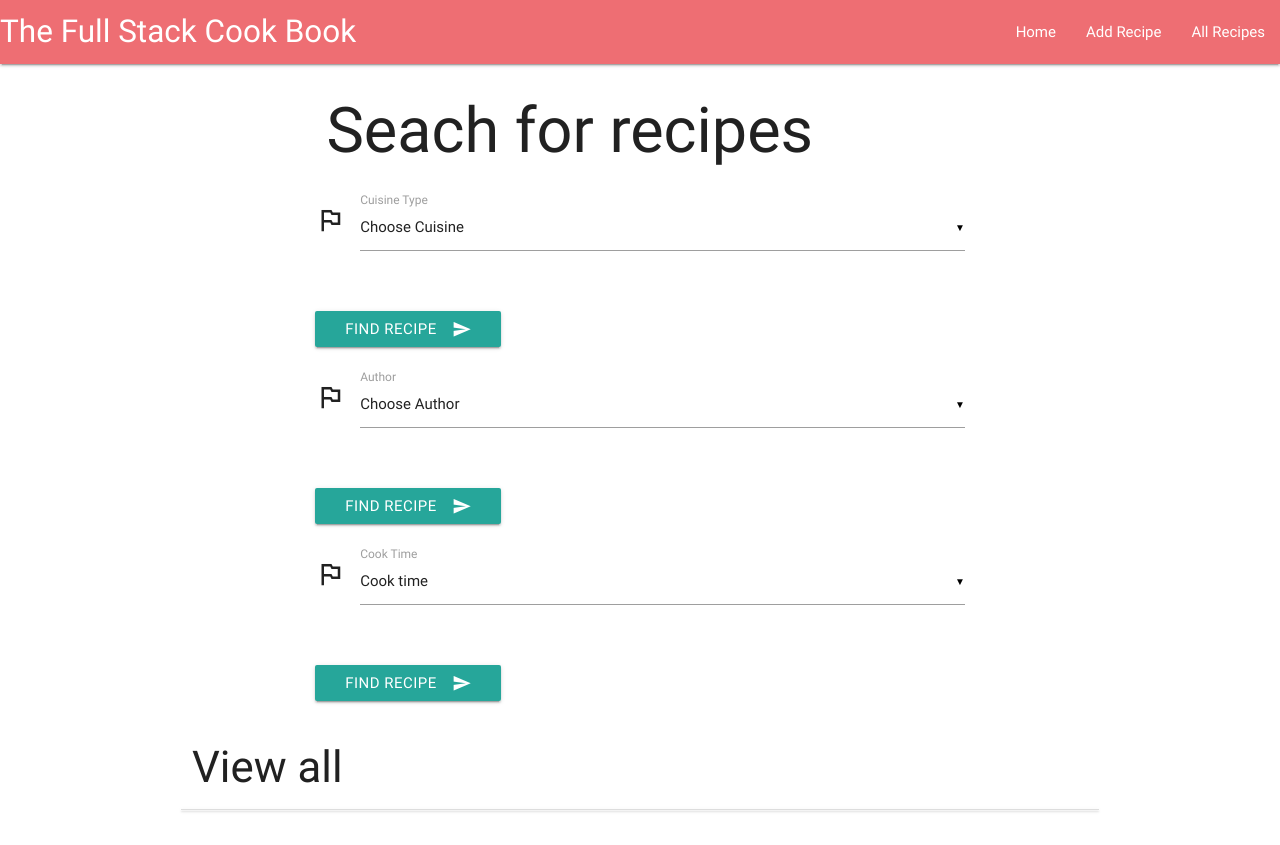
Repository: nakitamccool/francisillingworth-milestone-project-3
Page: http://localhost/
The author's editor kept a record of every edit. The page is drawn from the files as they stood at one moment, then again after the next edit.
The browser window is 1280 px wide. The pictures show the whole page.
The page is served by the project's application, run on Flask 3 (app.py). Queries for data that is not in the repository find no rows.

Above is the page before.

### templates/recipes.html
 {% extends 'base.html' %} {% block content %}

<div class="container">
  <h1>Seach for recipes</h1>

  <div class="row">
    <form action="" method="GET" class="col s12">
      <div class="row">


        <div class="row">
          <div class="input-field col s12">
                  <i class="material-icons prefix">outlined_flag</i>
                    <select id="cuisine" name="cuisine_type">
                  <option value="" disabled selected>Choose Cuisine</option>
                  {% for cat in cuisine %}
                      <option value="{{cat.cuisine_type}}">{{cat.cuisine_type}}</option>
                  {% endfor %}
                </select>
                    <label>Cuisine Type</label>
                </div>
            </div>
        </div>

      <div class="row">
        <button class="btn waves-effect waves-light" type="submit" name="action">Find Recipe
                <i class="material-icons right">send</i>
            </button>
      </div>
    </form>

    <form action="" method="GET" class="col s12">
      <div class="row">


        <div class="row">
          <div class="input-field col s12">
                  <i class="material-icons prefix">outlined_flag</i>
                    <select id="cuisine" name="cuisine_type">
                  <option value="" disabled selected>Choose Author</option>
                  {% for cat in cuisine %}
                      <option value="{{cat.cuisine_type}}">{{cat.cuisine_type}}</option>
                  {% endfor %}
                </select>
                    <label>Author</label>
                </div>
            </div>
        </div>

      <div class="row">
        <button class="btn waves-effect waves-light" type="submit" name="action">Find Recipe
                <i class="material-icons right">send</i>
            </button>
      </div>
    </form>

    <form action="" method="GET" class="col s12">
      <div class="row">


        <div class="row">
          <div class="input-field col s12">
                  <i class="material-icons prefix">outlined_flag</i>
                    <select id="cuisine" name="cuisine_type">
                  <option value="" disabled selected>Cook time</option>
                  {% for cat in cuisine %}
                      <option value="{{cat.cuisine_type}}">{{cat.cuisine_type}}</option>
                  {% endfor %}
                </select>
                    <label>Cook Time</label>
                </div>
            </div>
        </div>

      <div class="row">
        <button class="btn waves-effect waves-light" type="submit" name="action">Find Recipe
                <i class="material-icons right">send</i>
            </button>
      </div>
    </form>
  </div>


</div>
<h3>View all</h3>

<div class="row">
  <ul class="collapsible">
    {% for recipe in recipes %}
    <li>
      <div class="collapsible-header">
        <div class="recipe_header col s9">
          <i class="material-icons">expand_more</i>
          <strong>{{recipe.recipe_name}}</strong> &nbsp;- {{recipe.cuisine_type}} - {{recipe.author}} - &nbsp;<strong>Cook time {{recipe.cook_time}} minutes</strong>
        </div>
        <div class="deleteEdit col s3">
          <a href="{{url_for('edit_recipe', recipe_id=recipe._id)}}" class="waves-effect waves-light btn btn_edit"><i class="material-icons left">edit</i>Edit</a>
          <a href="{{url_for('delete_recipe' , recipe_id=recipe._id)}}" class="waves-effect waves-light btn btn_delete"><i class="material-icons deleteIcon">delete_forever</i></a>
        </div>

      </div>


      <div class="collapsible-body"><span>

      <ul class="collapsible" data-collapsible="expandable">
    <li>
      <div class="collapsible-header"><i class="material-icons">local_grocery_store</i>Ingredients</div>
      <div class="collapsible-body"><span>{{recipe.ingredients}}</span></div>
    </li>
    <li>
      <div class="collapsible-header"><i class="material-icons">format_list_numbered</i>Method</div>
      <div class="collapsible-body"><span>{{recipe.method}}</span></div>
    </li>

  </ul>






  </span>
</div>
</li>
{% endfor %}
</ul>
</div>







{% endblock %}

### templates/base.html
<!DOCTYPE html>
<html lang="en">
<head>
    <link href="https://fonts.googleapis.com/icon?family=Material+Icons"
      rel="stylesheet">
    <link rel="stylesheet"  href="https://cdnjs.cloudflare.com/ajax/libs/materialize/0.100.2/css/materialize.min.css">
    <link rel="stylesheet" href="{{url_for('static' , filename = "css/style.css")}}" type="text/css" />

</head>
<body>
  <header>
    <nav>
    <div class="nav-wrapper">
      <a href="#" class="brand-logo">The Full Stack Cook Book</a>
      <ul id="nav-mobile" class="right hide-on-med-and-down">
        <li><a href="index.html">Home</a></li>
        <li><a href="{{ url_for('add_recipe') }}">Add Recipe</a></li>
        <li><a href="{{ url_for('get_recipes') }}">All Recipes</a></li>
      </ul>

    </div>
  </nav>
  </header>
    <div class="container">
    {% block content %}
    {% endblock %}
    </div>
    <script src="https://cdnjs.cloudflare.com/ajax/libs/jquery/3.4.1/jquery.min.js" integrity="sha256-CSXorXvZcTkaix6Yvo6HppcZGetbYMGWSFlBw8HfCJo=" crossorigin="anonymous"></script>
    <script src="https://cdnjs.cloudflare.com/ajax/libs/materialize/0.100.2/js/materialize.min.js"></script>
    <script type="text/javascript">
         $(document).ready(function(){
    $('.collapsible').collapsible();
    $('select').material_select();
  });

    </script>


</body>
</html>

### app.py
import os
from flask import Flask , render_template, redirect, request, url_for
from flask_pymongo import PyMongo
from bson.objectid import ObjectId


db_password = os.environ.get('DB_PASSWORD')

app = Flask(__name__)

app.config["MONGO_DBNAME"] = 'recipe_project'
app.config["MONGO_URI"] = 'mongodb+srv://root:r00tUser@myfirstcluster-aogax.mongodb.net/recipe_project?retryWrites=true&w=majority'

mongo = PyMongo(app)

@app.route('/')


@app.route('/get_recipes')
def get_recipes():
    return render_template("recipes.html", recipes=mongo.db.recipe.find())


@app.route('/add_recipe')
def add_recipe():
    return render_template('addrecipe.html', cuisine=mongo.db.cuisine.find())

@app.route('/insert_recipe', methods=['POST'])
def insert_recipe():
    recipes=mongo.db.recipe
    recipes.insert_one(request.form.to_dict())
    return redirect(url_for('get_recipes'))


@app.route('/edit_recipe/<recipe_id>')
def edit_recipe(recipe_id):
    the_recipe = mongo.db.recipe.find_one({"_id": ObjectId(recipe_id)})
    all_cuisine = mongo.db.cuisine.find()
    return render_template('editrecipe.html', recipe = the_recipe, cuisine=all_cuisine)



@app.route('/update_recipe/<recipe_id>', methods = ["POST"])
def update_recipe(recipe_id):
    recipes = mongo.db.recipe
    recipes.update( {'_id': ObjectId(recipe_id)},
    {
        'recipe_name' : request.form.get('recipe_name'),
        'cuisine_type' : request.form.get('cuisine_type'),
        'author' : request.form.get('author'),
        'ingredients' : request.form.get('ingredients'),
        'method' : request.form.get('method'),
        'cook_time' : request.form.get('cook_time'),
    })
    return redirect(url_for('get_recipes'))

@app.route('/delete_recipe/<recipe_id>')
def delete_recipe(recipe_id):
    mongo.db.recipe.remove({'_id':ObjectId(recipe_id)})
    return redirect(url_for('get_recipes'))





@app.route('/get_cuisines')
def get_cuisines():
    return render_template('cuisines.html', cuisine=mongo.db.cuisine.find())


@app.route('/edit_cuisine/<cuisine_id>')
def edit_cuisine(cuisine_id):
    return render_template('editcuisine.html', cuisine=mongo.db.cuisine.find_one({'_id':ObjectId(cuisine_id)}))


@app.route('/update_cuisine/<cuisine_id>', methods=['POST'])
def update_cuisine(cuisine_id):
    mongo.db.cuisine.update(
        {'_id': ObjectId(cuisine_id)},
        {'cuisine_type': request.form.get('cuisine_type')})
    return redirect(url_for('get_cuisines'))



@app.route('/add_cuisine')
def add_cuisine():
    return render_template('addcuisine.html', cuisine=mongo.db.cuisine.find())


@app.route('/insert_cuisine', methods=['POST'])
def insert_cuisine():
    cuisines=mongo.db.cuisine
    cuisines.insert_one(request.form.to_dict())
    return redirect(url_for('add_recipe'))



@app.route('/delete_cuisine/<cuisine_id>')
def delete_cuisine(cuisine_id):
    mongo.db.cuisine.remove({'_id':ObjectId(cuisine_id)})
    return redirect(url_for('get_cuisines'))



@app.route('/add_cuisine_edit')
def add_cuisine_edit():
    return render_template('addcuisine-edit.html', cuisine=mongo.db.cuisine.find())


@app.route('/insert_cuisine_edit', methods=['POST'])
def insert_cuisine_edit():
    cuisines=mongo.db.cuisine
    cuisines.insert_one(request.form.to_dict())
    return redirect(url_for('get_cuisines'))



@app.route('/index')
def index():
    return render_template("index.html")


@app.route('/filter')
def filter():
    return redirect(url_for())


if __name__ == '__main__':
    app.run(host=os.environ.get('IP'),
            port=int(os.environ.get('PORT')),
            debug=True)

### static/css/style.css
.btn_edit{
    height:28px;
    margin: 5px 15px;
    line-height: 28px;
    padding-left: 3px;
    padding-right: 6px;



}

.btn_delete{
    height:28px;
    margin: 5px 15px ;
    line-height: 28px;
    padding-left: 5px;
    padding-right: 5px;
    background-color: #b70808;

}

.collapsible-header i {
 margin:0;}

 .btn_delete:hover {
    background-color: #71231d;
}

.cancel_button{
    margin: 5px 15px;
    padding-left: 3px;
    padding-right: 6px;
    background-color: #b70808

}


 .cancel_button:hover {
    background-color: #71231d;
}


.recipe_header{
    margin-top:5px;
    margin-right: 20px;
}

.deleteEdit{
    margin-left:auto;
    margin-right:0;
}

.add_cuisine{
    margin-top: 0;
    margin-left:5%;
}

After the next edit:
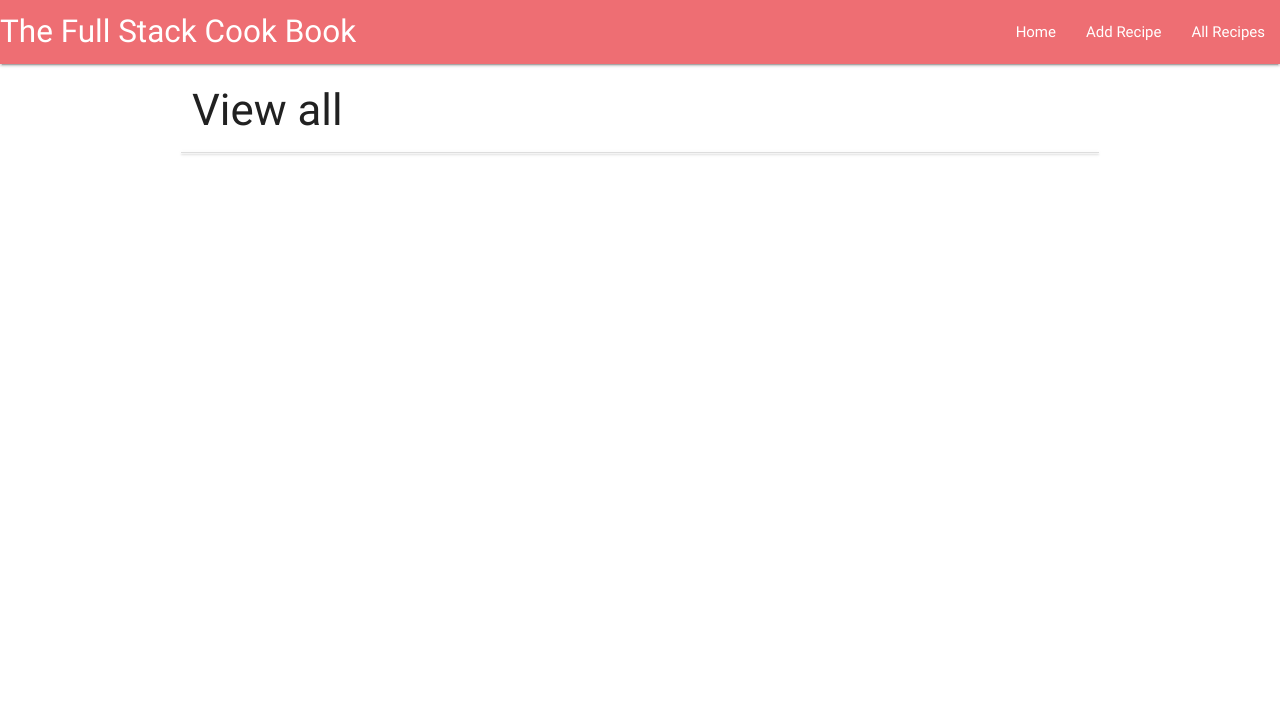
The edit:
--- a/templates/recipes.html
+++ b/templates/recipes.html
@@ -1,87 +1,5 @@
  {% extends 'base.html' %} {% block content %}
 
-<div class="container">
-  <h1>Seach for recipes</h1>
-
-  <div class="row">
-    <form action="" method="GET" class="col s12">
-      <div class="row">
-
-
-        <div class="row">
-          <div class="input-field col s12">
-                  <i class="material-icons prefix">outlined_flag</i>
-                    <select id="cuisine" name="cuisine_type">
-                  <option value="" disabled selected>Choose Cuisine</option>
-                  {% for cat in cuisine %}
-                      <option value="{{cat.cuisine_type}}">{{cat.cuisine_type}}</option>
-                  {% endfor %}
-                </select>
-                    <label>Cuisine Type</label>
-                </div>
-            </div>
-        </div>
-
-      <div class="row">
-        <button class="btn waves-effect waves-light" type="submit" name="action">Find Recipe
-                <i class="material-icons right">send</i>
-            </button>
-      </div>
-    </form>
-
-    <form action="" method="GET" class="col s12">
-      <div class="row">
-
-
-        <div class="row">
-          <div class="input-field col s12">
-                  <i class="material-icons prefix">outlined_flag</i>
-                    <select id="cuisine" name="cuisine_type">
-                  <option value="" disabled selected>Choose Author</option>
-                  {% for cat in cuisine %}
-                      <option value="{{cat.cuisine_type}}">{{cat.cuisine_type}}</option>
-                  {% endfor %}
-                </select>
-                    <label>Author</label>
-                </div>
-            </div>
-        </div>
-
-      <div class="row">
-        <button class="btn waves-effect waves-light" type="submit" name="action">Find Recipe
-                <i class="material-icons right">send</i>
-            </button>
-      </div>
-    </form>
-
-    <form action="" method="GET" class="col s12">
-      <div class="row">
-
-
-        <div class="row">
-          <div class="input-field col s12">
-                  <i class="material-icons prefix">outlined_flag</i>
-                    <select id="cuisine" name="cuisine_type">
-                  <option value="" disabled selected>Cook time</option>
-                  {% for cat in cuisine %}
-                      <option value="{{cat.cuisine_type}}">{{cat.cuisine_type}}</option>
-                  {% endfor %}
-                </select>
-                    <label>Cook Time</label>
-                </div>
-            </div>
-        </div>
-
-      <div class="row">
-        <button class="btn waves-effect waves-light" type="submit" name="action">Find Recipe
-                <i class="material-icons right">send</i>
-            </button>
-      </div>
-    </form>
-  </div>
-
-
-</div>
 <h3>View all</h3>
 
 <div class="row">
